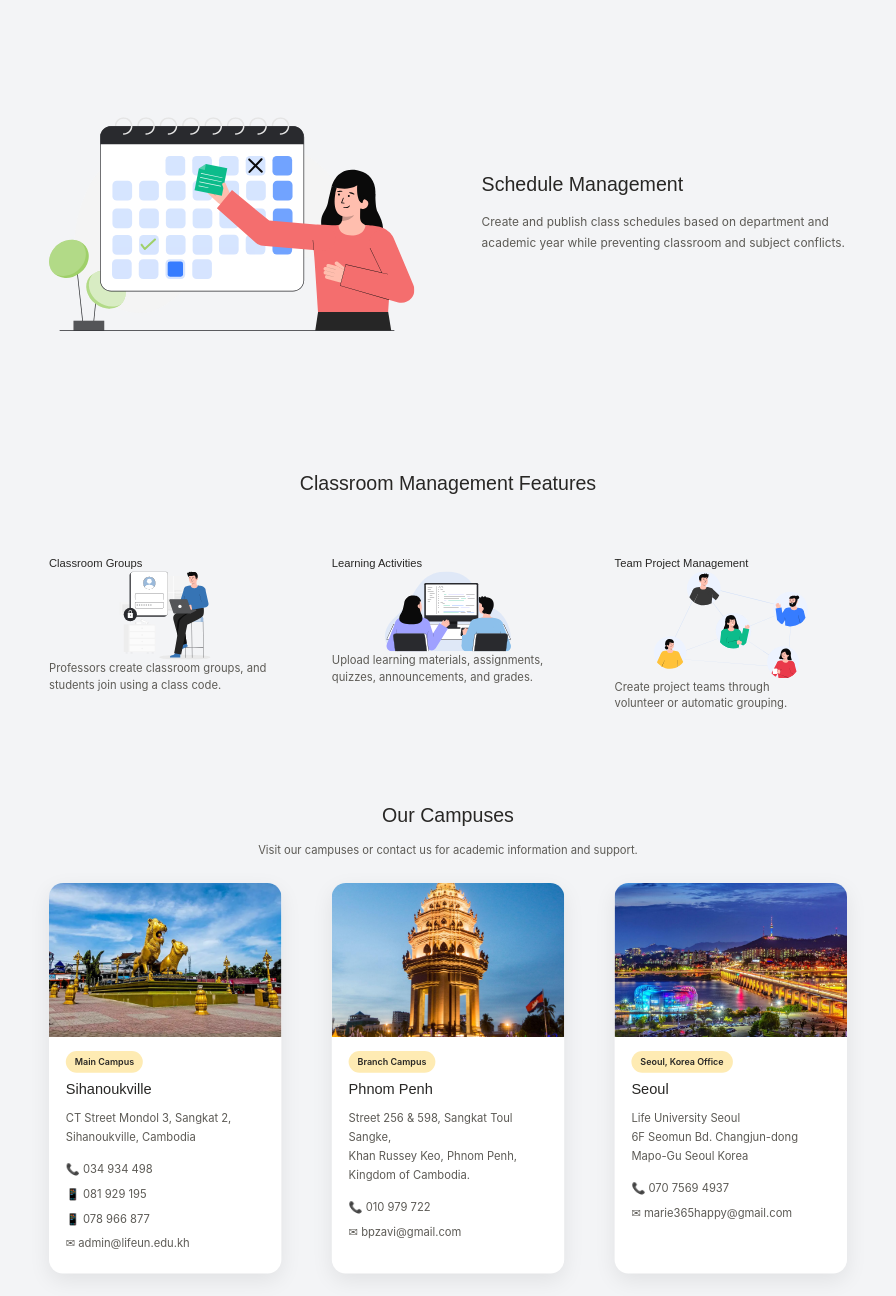
Repository: Chocovcandy/Classroom_Management_System
Page: http://localhost/
An editor plug-in stored every save of this project. The page is shown before and after a run of saves, followed by the edit.
The browser window is 1280 px wide. The pictures show the part of the page from y = 2189 to 4109 px (the page is 4040 px tall before and 4109 px after), at 70% of full size.
Some web libraries are served in a nearby version. The page is served by the project's Laravel application, run on PHP 8.4 with Laravel 12.

Above is the page before, as saved 2026-08-09 19:51:19.

After the next 5 saves:
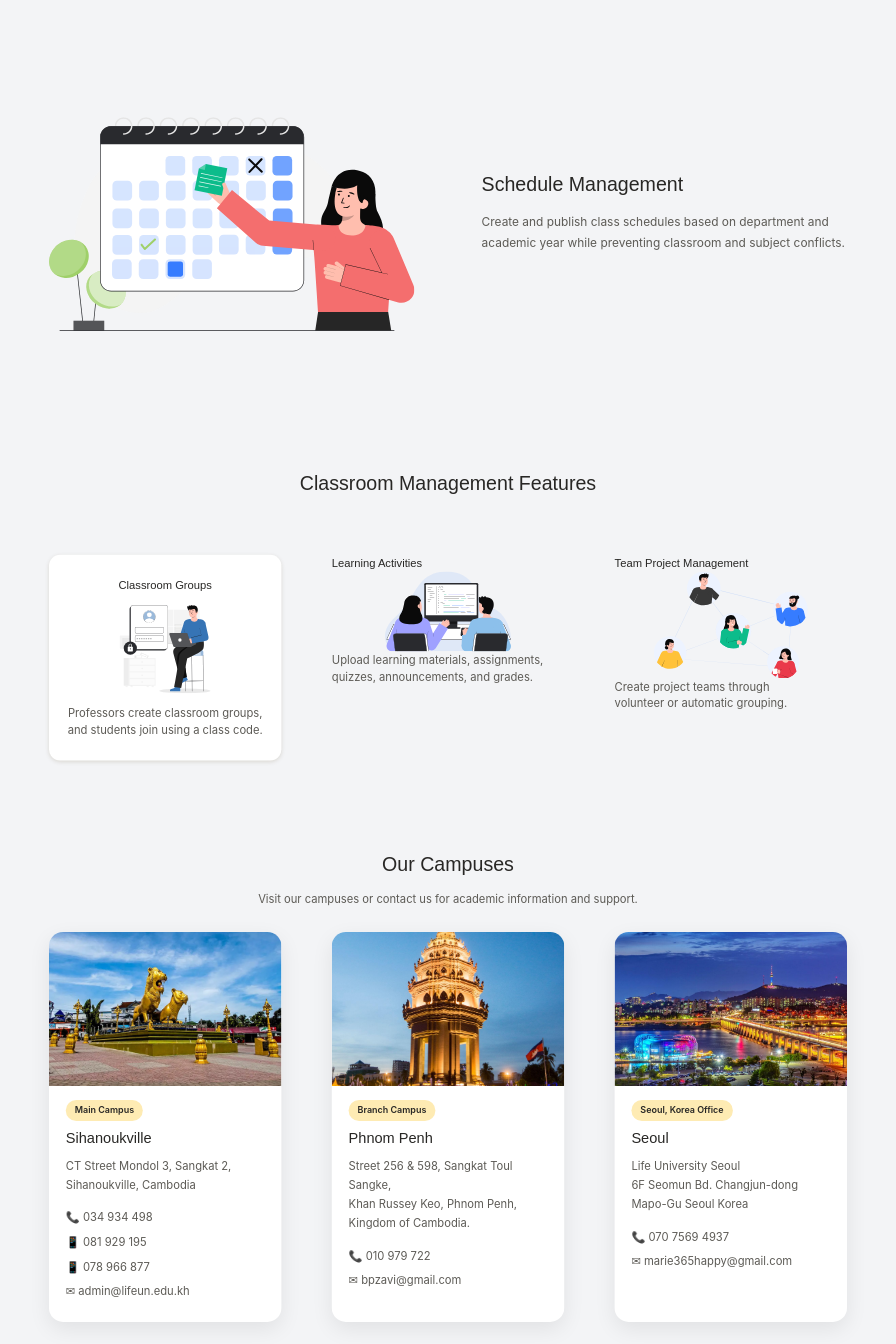
The 5 saves are shown as one change because they came seconds apart.
The last was saved 10 s later.
--- a/resources/views/welcome.blade.php
+++ b/resources/views/welcome.blade.php
@@ -159,7 +159,7 @@
                 <div><br><br></div>
                 <div class="services__container grid">
                     <!--Feature +01 -->
-                    <div class="services__data">
+                    <div class="card_container">
                         <h3 class="services__subtitle">Classroom Groups</h3>
                         <div class="img_svg5">
                             <x-icons.CM_feature01 />
@@ -169,7 +169,7 @@
                     </div>
 
                     <!-- Feature +02 -->
-                    <div class="services__data">
+                    <div class="card__container">
                         <h3 class="services__subtitle">Learning Activities</h3>
                         <div class="img_svg6">
                             <x-icons.CM_feature02 />
@@ -179,7 +179,7 @@
                     </div>
 
                     <!-- Feature +03 -->
-                    <div class="services__data">
+                    <div class="card__container">
                         <h3 class="services__subtitle">Team Project Management</h3>
                         <div class="img_svg7">
                             <x-icons.CM_feature03 />

After the save that followed:
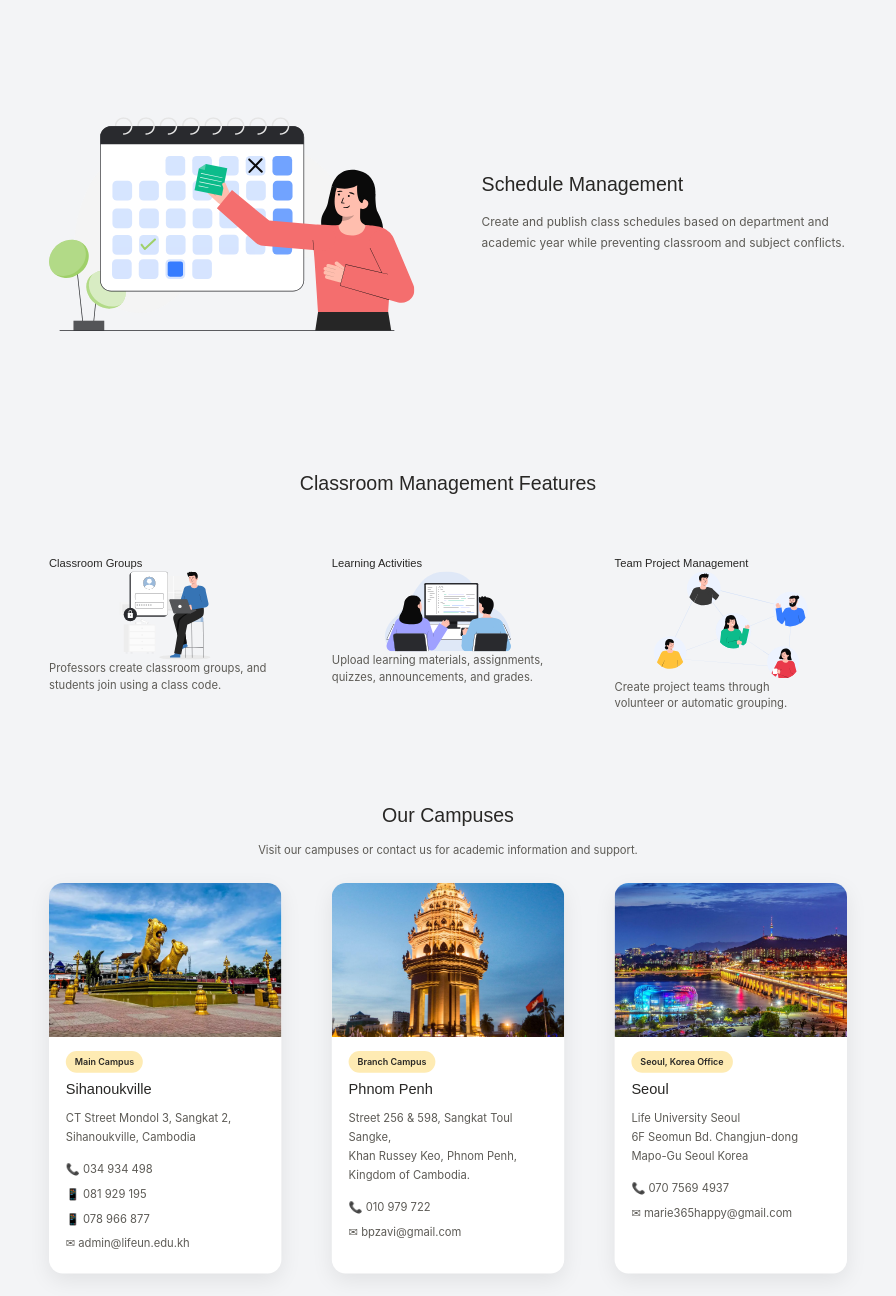
Saved 6 s later.
--- a/resources/views/welcome.blade.php
+++ b/resources/views/welcome.blade.php
@@ -159,7 +159,7 @@
                 <div><br><br></div>
                 <div class="services__container grid">
                     <!--Feature +01 -->
-                    <div class="card_container">
+                    <div class="card__container">
                         <h3 class="services__subtitle">Classroom Groups</h3>
                         <div class="img_svg5">
                             <x-icons.CM_feature01 />
